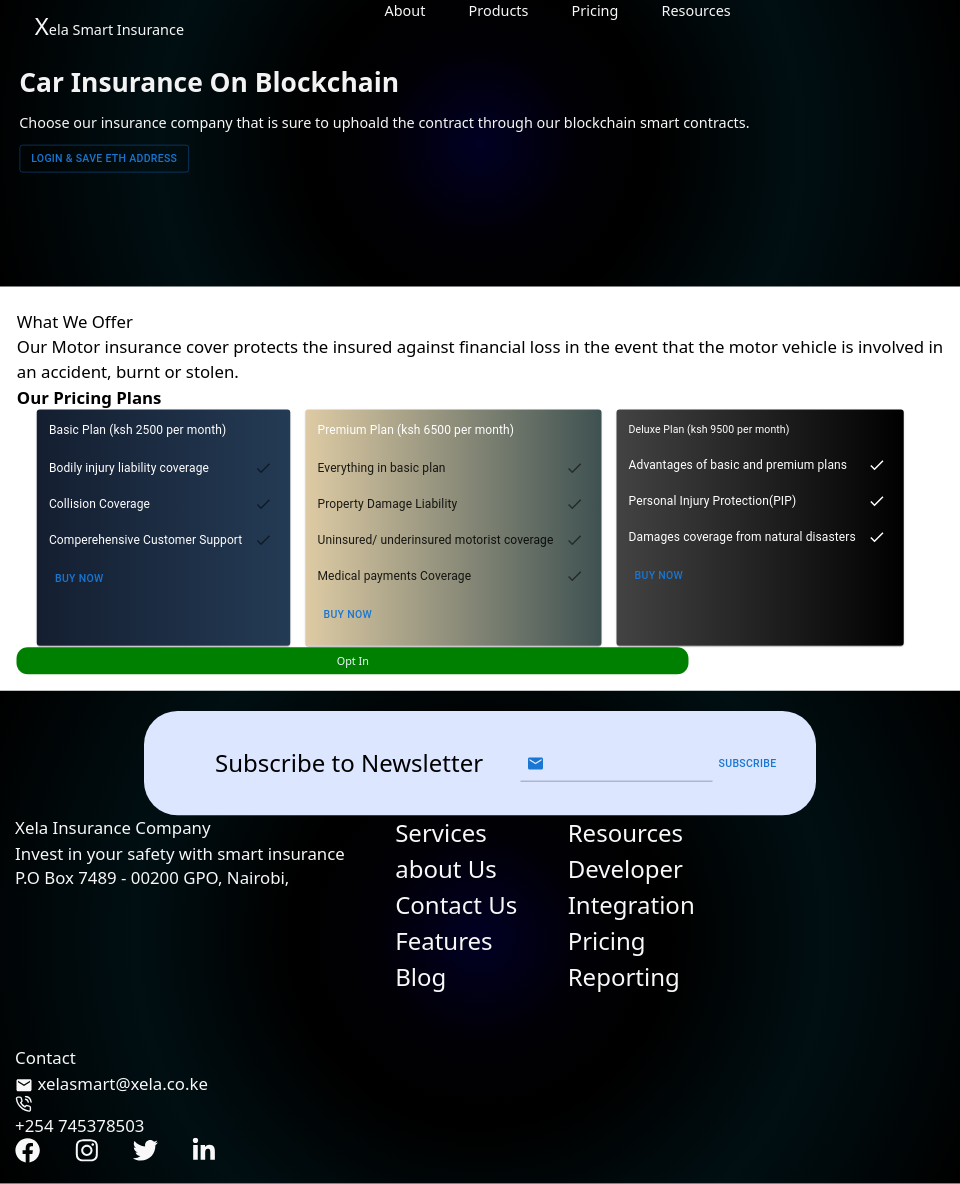
Repository: ALVIN-OBONYO/Xela-smart_insuarance
Page: / (app in frontend/)
These files come from the project's save history. The page is drawn as it stood at one moment and after the next save; the edit follows.
The browser window is 1280 px wide. The pictures show the whole page, at 75% of full size.
The project was rebuilt for these pictures with package versions that can differ from the ones it lists, and the page was loaded fresh each time. Also part of the build but not shown: frontend/src/Pages/Policies.jsx, frontend/src/Components/Calendar.css, frontend/src/Components/Calendar.jsx, frontend/src/Components/Input.js, frontend/src/Components/Upload.css, frontend/src/Components/Upload.js, frontend/src/Pages/ReportForm.jsx, frontend/src/Pages/Report.jsx and 2 more.

Above is the page before, as saved 2022-10-04 08:44:34.

After the next save:
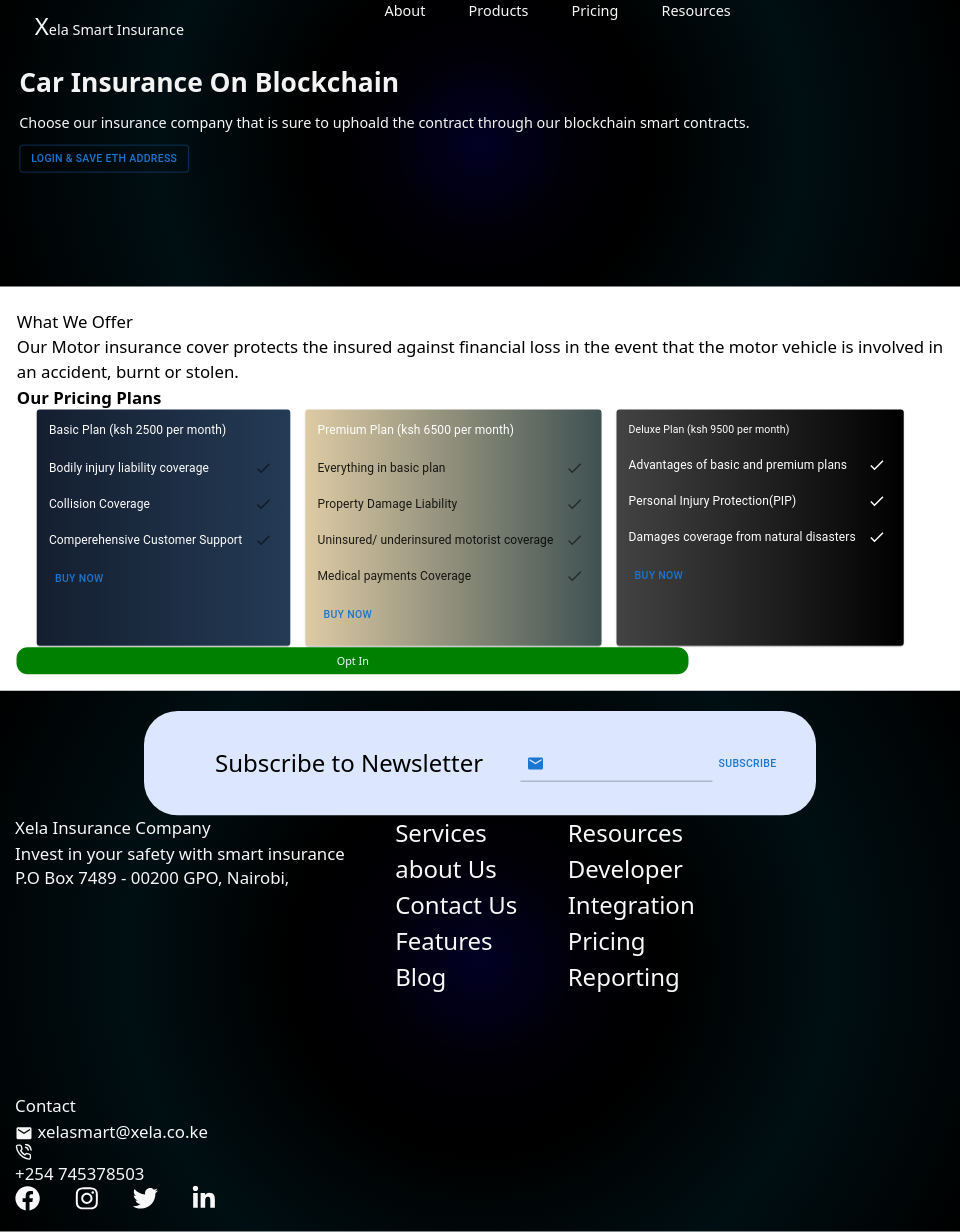
Saved 75 s later.
--- a/frontend/src/Components/Navbar.css
+++ b/frontend/src/Components/Navbar.css
@@ -137,6 +137,7 @@ input[type=text] {
 
 .footer-sect {
     font-size: 2rem;
+    margin-bottom: 2em;
 }
 .navflex {
     display: flex;
